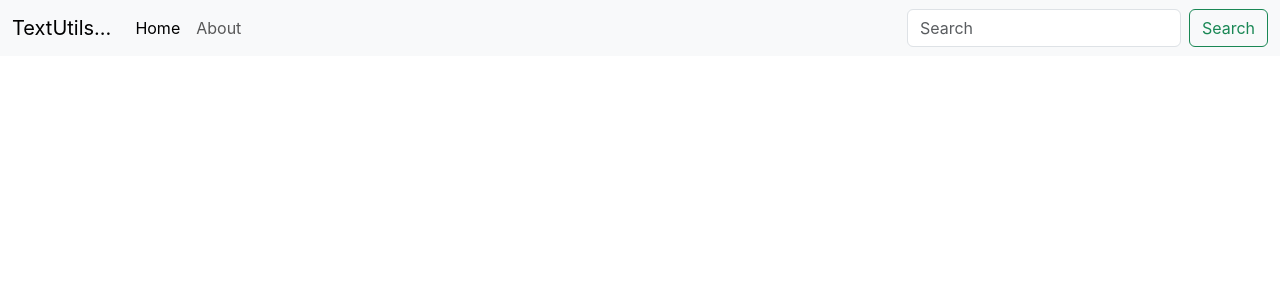
Repository: SujanNagaju/react-demo
Page: /
These files come from the project's save history. The page is drawn as it stood at one moment and after the next save; the edit follows.
The browser window is 1280 px wide. The pictures show the whole page.
The project was rebuilt for these pictures with package versions that can differ from the ones it lists, and the page was loaded fresh each time. Also part of the build but not shown: src/App.css.

Above is the page before, as saved 2024-12-28 23:37:23.

### public/index.html
<!DOCTYPE html>
<html lang="en">
  <head>
    <meta charset="utf-8" />
    <link rel="icon" href="%PUBLIC_URL%/favicon.ico" />
    <meta name="viewport" content="width=device-width, initial-scale=1" />
    <meta name="theme-color" content="#000000" />
    <meta
      name="description"
      content="Web site created using create-react-app"
    />
    <link rel="apple-touch-icon" href="%PUBLIC_URL%/logo192.png" />
    <!--
      manifest.json provides metadata used when your web app is installed on a
      user's mobile device or desktop. See https://developers.google.com/web/fundamentals/web-app-manifest/
    -->
    <link rel="manifest" href="%PUBLIC_URL%/manifest.json" />
    <!--
      Notice the use of %PUBLIC_URL% in the tags above.
      It will be replaced with the URL of the `public` folder during the build.
      Only files inside the `public` folder can be referenced from the HTML.

      Unlike "/favicon.ico" or "favicon.ico", "%PUBLIC_URL%/favicon.ico" will
      work correctly both with client-side routing and a non-root public URL.
      Learn how to configure a non-root public URL by running `npm run build`.
    -->
    <link href="https://cdn.jsdelivr.net/npm/bootstrap@5.3.3/dist/css/bootstrap.min.css" rel="stylesheet" integrity="sha384-QWTKZyjpPEjISv5WaRU9OFeRpok6YctnYmDr5pNlyT2bRjXh0JMhjY6hW+ALEwIH" crossorigin="anonymous">
    <title>React App</title>
  </head>
  <body>
    <noscript>You need to enable JavaScript to run this app.</noscript>
    <div id="root"></div>
    <!--
      This HTML file is a template.
      If you open it directly in the browser, you will see an empty page.

      You can add webfonts, meta tags, or analytics to this file.
      The build step will place the bundled scripts into the <body> tag.

      To begin the development, run `npm start` or `yarn start`.
      To create a production bundle, use `npm run build` or `yarn build`.
    -->
    <script src="https://cdn.jsdelivr.net/npm/bootstrap@5.3.3/dist/js/bootstrap.bundle.min.js" integrity="sha384-YvpcrYf0tY3lHB60NNkmXc5s9fDVZLESaAA55NDzOxhy9GkcIdslK1eN7N6jIeHz" crossorigin="anonymous"></script>

  </body>
</html>

### src/App.js
// logo from './logo.svg';
import './App.css';
import Navbar from './components/Navbar';

function App() {
  return (
    <>

      <Navbar title="TextUtils..." aboutText="About"/>
    </>
  );
}

export default App;

### src/components/Navbar.js
import React from 'react'
import PropTypes from 'prop-types';

export default function Navbar(props) {
  return (
    <nav className="navbar navbar-expand-lg bg-body-tertiary">
        <div className="container-fluid">
            <a className="navbar-brand" href="/">{props.title}</a>
            <button className="navbar-toggler" type="button" data-bs-toggle="collapse" data-bs-target="#navbarSupportedContent" aria-controls="navbarSupportedContent" aria-expanded="false" aria-label="Toggle navigation">
            <span className="navbar-toggler-icon"></span>
            </button>
            <div className="collapse navbar-collapse" id="navbarSupportedContent">
            <ul className="navbar-nav me-auto mb-2 mb-lg-0">
                <li className="nav-item">
                <a className="nav-link active" aria-current="page" href="/">Home</a>
                </li>
                <li className="nav-item">
                <a className="nav-link" href="/">{props.aboutText}</a>
                </li>

            </ul>
            <form className="d-flex" role="search">
                <input className="form-control me-2" type="search" placeholder="Search" aria-label="Search"/>
                <button className="btn btn-outline-success" type="submit">Search</button>
            </form>
            </div>
        </div>
    </nav>
  )
}


Navbar.propTypes = {
    title: PropTypes.string.isRequired,
    aboutText: PropTypes.string.isRequired
}

Navbar.defaultProps = {
    title: 'TextUtils2...',
    aboutText: 'About'
}

Loaded but not shown: src/index.js (common file); src/index.css (common file); src/reportWebVitals.js (common file)

After the next save:
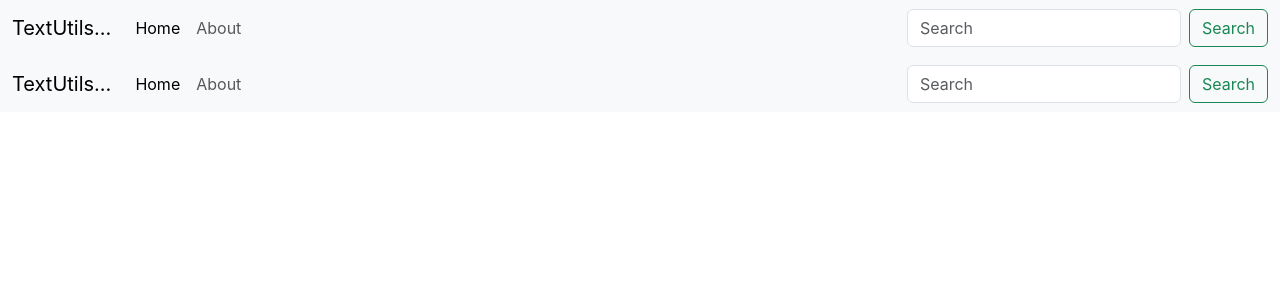
Saved 12 s later.
--- a/src/App.js
+++ b/src/App.js
@@ -7,6 +7,7 @@ function App() {
     <>
 
       <Navbar title="TextUtils..." aboutText="About"/>
+      <Navbar title="TextUtils..." aboutText="About"/>
     </>
   );
 }
